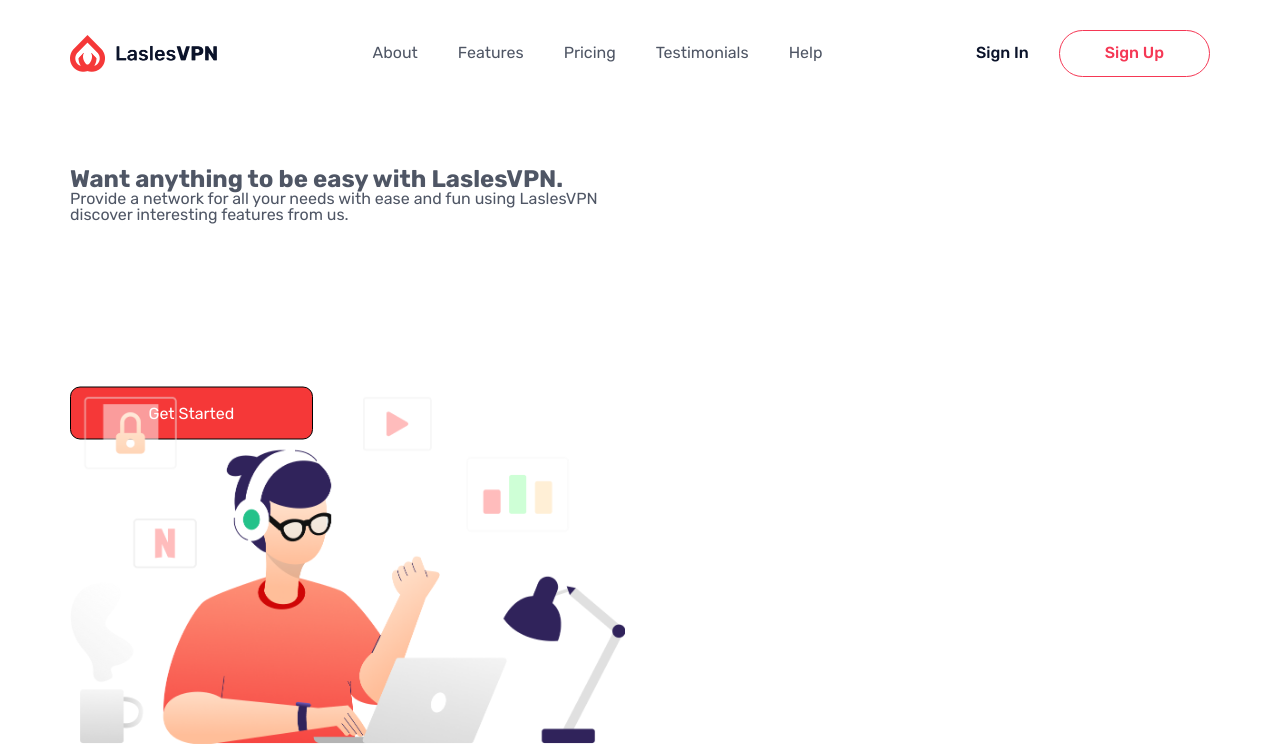
Repository: thefellowshiplotr/lasles_recode
Page: index.html
These files come from the project's save history. The page is drawn as it stood at one moment and after the next save; the edit follows.
The browser window is 1280 px wide. The pictures show the whole page.
The style sheet was rebuilt from its Sass, Less or Tailwind sources for each picture, by a compiler version that may differ from the author's.

Above is the page before, as saved 2022-10-28 13:27:49.

After the next save:
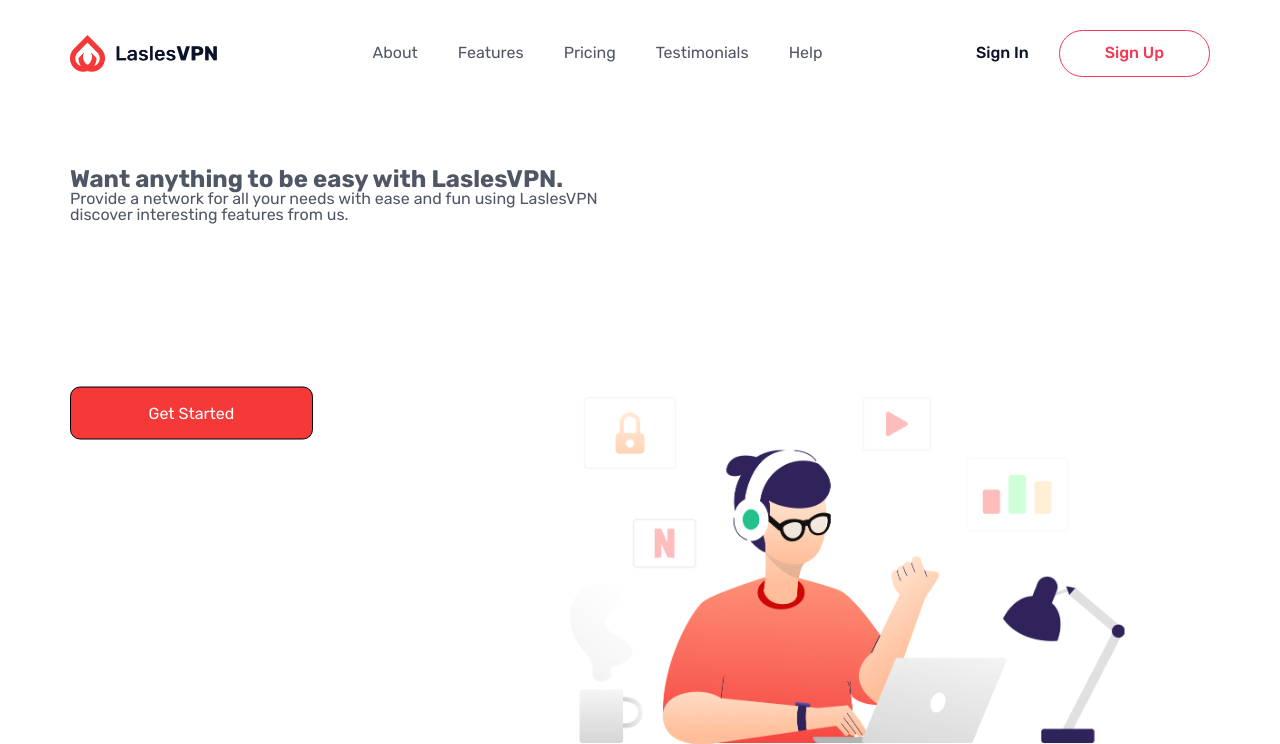
Saved 24 s later.
--- a/sass/_hero.scss
+++ b/sass/_hero.scss
@@ -4,7 +4,6 @@
     width: 100%;
   }
   &-img {
-    transform: translateY(50%);
-    top: -50%;
+    transform: translate(90%, 50%);
   }
 }
